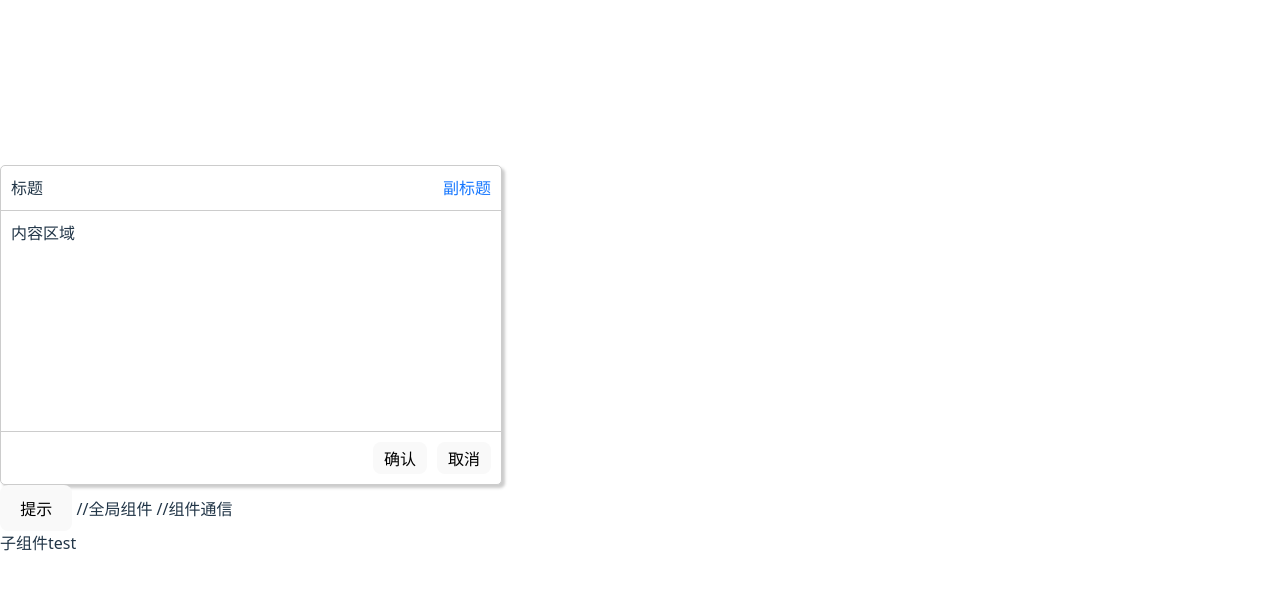
Repository: EDMZJJJ/learn-react
Page: /
The author's editor kept a copy of each file at every save. The page is drawn from the files as they stood at one save, then again after a run of saves.
The browser window is 1280 px wide. The pictures show the whole page.
The project was rebuilt for these pictures with package versions that can differ from the ones it lists, and the page was loaded fresh each time. Also part of the build but not shown: vite.config.ts, src/components/Message/index.css, src/components/Message/index.tsx.

Above is the page before, as saved 2026-03-10 22:49:10.

### index.html
<!doctype html>
<html lang="en">
  <head>
    <meta charset="UTF-8" />
    <link rel="icon" type="image/svg+xml" href="/vite.svg" />
    <meta name="viewport" content="width=device-width, initial-scale=1.0" />
    <title>learn-react</title>
  </head>
  <body>
    <div id="root"></div>
    <script type="module" src="/src/main.tsx"></script>
  </body>
</html>

### src/main.tsx
import { StrictMode } from 'react'
import { createRoot } from 'react-dom/client'
import './index.css'
import App from './App.tsx'
import './components/Message/index.tsx'
createRoot(document.getElementById('root')!).render(
  <StrictMode>
    <App />
  </StrictMode>,
)

### src/App.tsx
import Card from "./components/Card"
import Test from "./components/Test"

function App() {
  //所有hook都必须在组件的最顶层调用，不能在循环或条件语句中调用它。

  return (
    <>
      <Card></Card>
      <button onClick={() => window.onShow()}>提示</button>     //全局组件

      //组件通信
      <Test
        title={'测试'}
        id={1}
        obj={{ a: 1, b: 2 }}
        arr={[1, 2, 3]}
        cb={(a: number, b: number) => a + b}
        empty={null}
        element={<div>测试</div>}
        isGirl={false}
      >
      </Test>
    </>
  )
}

export default App

### src/components/Card/index.tsx
import './index.css'

export default function Card() {
    return (
        <div className='card'>
            <header>
                <div>标题</div>
                <div>副标题</div>
            </header>
            <main>
                内容区域
            </main>
            <footer>
                 <button>确认</button>
                 <button>取消</button>
            </footer>
        </div>
    )
}

### src/components/Test/index.tsx

interface Props {
    title?: string
    id: number
    obj: {
        a: number
        b: number
    }
    arr: number[]
    cb: (a: number, b: number) => number
    empty: null
    element: JSX.Element
}

const Test:React.FC<Props> = ({title = '默认标题',...props})=>{
  console.log(props)
  return (
    <div>子组件test</div>
  )
}
export default Test

### src/components/Card/index.css
.card {
  background: white;
  border-radius: 5px;
  border: 1px solid #ccc;
  width: 500px;
  box-shadow: 3px 3px 3px #ccc;

  header {
    display: flex;
    justify-content: space-between;
    align-items: center;
    border-bottom: 1px solid #ccc;
    padding: 10px;

    div:last-child {
      color: #1677ff;
    }
  }

  main {
    min-height: 200px;
    border-bottom: 1px solid #ccc;
    padding: 10px;
  }
  footer {
    display: flex;
    justify-content: flex-end;
    align-items: center;
    padding: 10px;
    button {
      margin-left: 10px;
      padding: 3px 10px;
    }
  }
}

Loaded but not shown: src/index.css (common file)

After the next 2 saves:
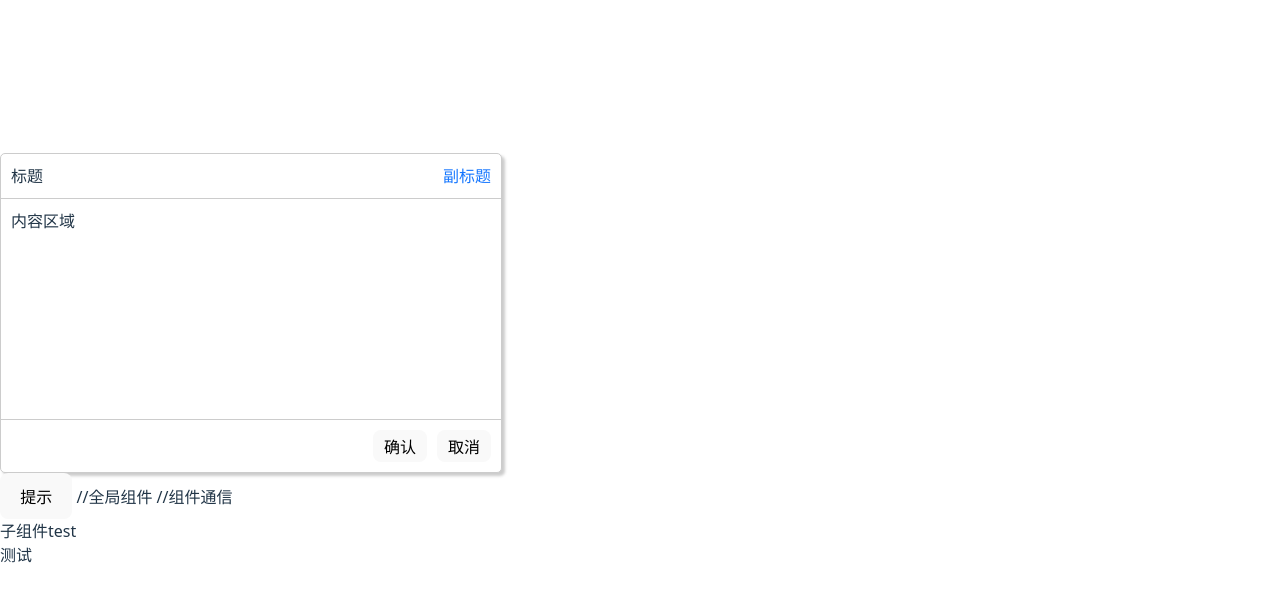
The 2 saves are shown as one change because 1 did not build or start.
The last was saved 70 s later.
--- a/src/components/Test/index.tsx
+++ b/src/components/Test/index.tsx
@@ -15,7 +15,7 @@ interface Props {
 const Test:React.FC<Props> = ({title = '默认标题',...props})=>{
   console.log(props)
   return (
-    <div>子组件test</div>
+    <div>子组件test{props.element}</div>
   )
 }
 export default Test
